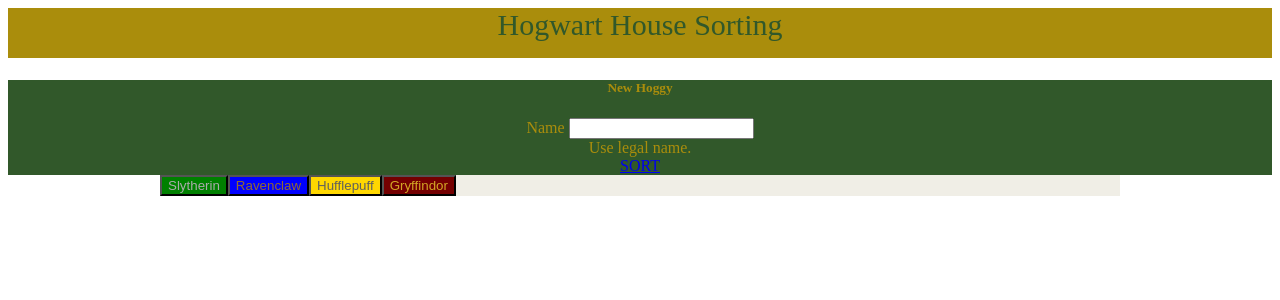
Repository: ZamlZam/INDIVIDUAL-PROJECT-sorting-hat
Page: index.html
An editor plug-in stored every save of this project. The page is shown before and after the next save, followed by the edit.
The browser window is 1280 px wide. The pictures show the whole page.

Above is the page before, as saved 2023-04-29 12:29:23.

### index.html
<!DOCTYPE html>
<html lang="en">
<head>
  <meta charset="UTF-8">
  <meta http-equiv="X-UA-Compatible" content="IE=edge">
  <meta name="viewport" content="width=device-width, initial-scale=1.0">
  <title>Document</title>
  <link rel ="stylesheet" href="main.css">
</head>
<body>

  <div class="card1">
    <div class="card-header">
      Hogwart House Sorting
    </div>
    <div class="card-body">
      <h5 class="card-title">New Hoggy</h5>
      <form>
        <div class="mb-3">
          <label for="exampleInputEmail1" class="form-label">Name</label>
          <input type="Name" class="form-control" id="Name" aria-describedby="Name">
          <div id="Name" class="form-text">Use legal name.</div>
        </div>
      <!-- <p class="card-text">With supporting text below as a natural lead-in to additional content.</p> -->
      <a href="#" class="btn btn-primary">SORT</a>
    </div>

     <!-- Footer with flex-container -->
    <div class="card-footer">
      <!-- <div class="flex-container"> -->
      <div class="Houses">
        <button type="button" class= "one btn btn-outline-dark">Slytherin</button>
        <button type="button" class="two btn btn-outline-dark">Ravenclaw</button>
        <button type="button" class="three btn btn-outline-dark">Hufflepuff</button>
        <button type="button" class="four btn btn-outline-dark">Gryffindor</button>
        <!-- <li class="box one">
          <a class="nav-Slytherin" href="#">Slytherin</a>
        </li>
        <li class="box two">
          <a class="nav-Ravenclaw" href="#">Ravenclaw</a>
        </li>
        <li class="box three">
          <a class="nav-Hufflepuff" href="#">Hufflepuff</a>
        </li>
        <li class="box four">
          <a class="nav-Gryffindor" href="#">Gryffindor</a>
        </li> -->
      </div>
    </div>


    </div>
  </div>









</body>
</html>

### main.css
.card-header {
  width: 100%;
  height: 50px;
  background: rgb(170, 141, 12);
  color: rgb(49, 88, 42);
  text-align: center;
  align-items: center;
  font-size: 30px;
  /* display:flex; */
  justify-content: center;
  font-weight:500;
}


.card-body {
  background: rgb(49, 88, 42);
  color: rgb(170, 141, 12);
  text-align: center;
  align-items: center;
}

.card-footer{
  width: 100%;
  max-width: 960px;
  margin: 0 auto;
  background: rgb(240, 238, 230);
  /* align-items: center;
  font-size: 30px;
  flex-direction: row-reverse; */
}

.Houses{
  display: flex;

}

.button{
  height: 100px;
  width: 100px;
  flex-grow: 1;
  flex-shrink: 1;

}

.one{
  background-color: green;
  color: #AAAAAA;
}

.two{
  background-color: blue;
  color: #946B2D;
}

.three{
  background-color: gold;
  color: #60605C;
}

.four{
  background-color: #740001;
  color: #D3A625;
}

After the next save:
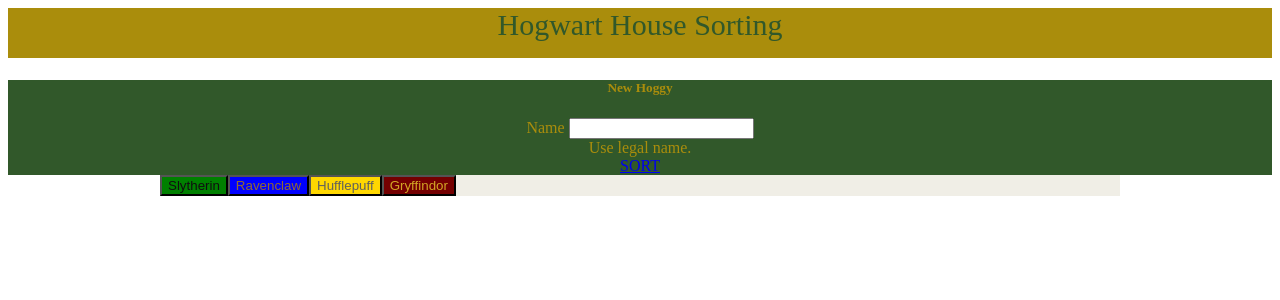
Saved 23 s later.
--- a/main.css
+++ b/main.css
@@ -44,7 +44,7 @@
 
 .one{
   background-color: green;
-  color: #AAAAAA;
+  color: #0f0f0f;
 }
 
 .two{
